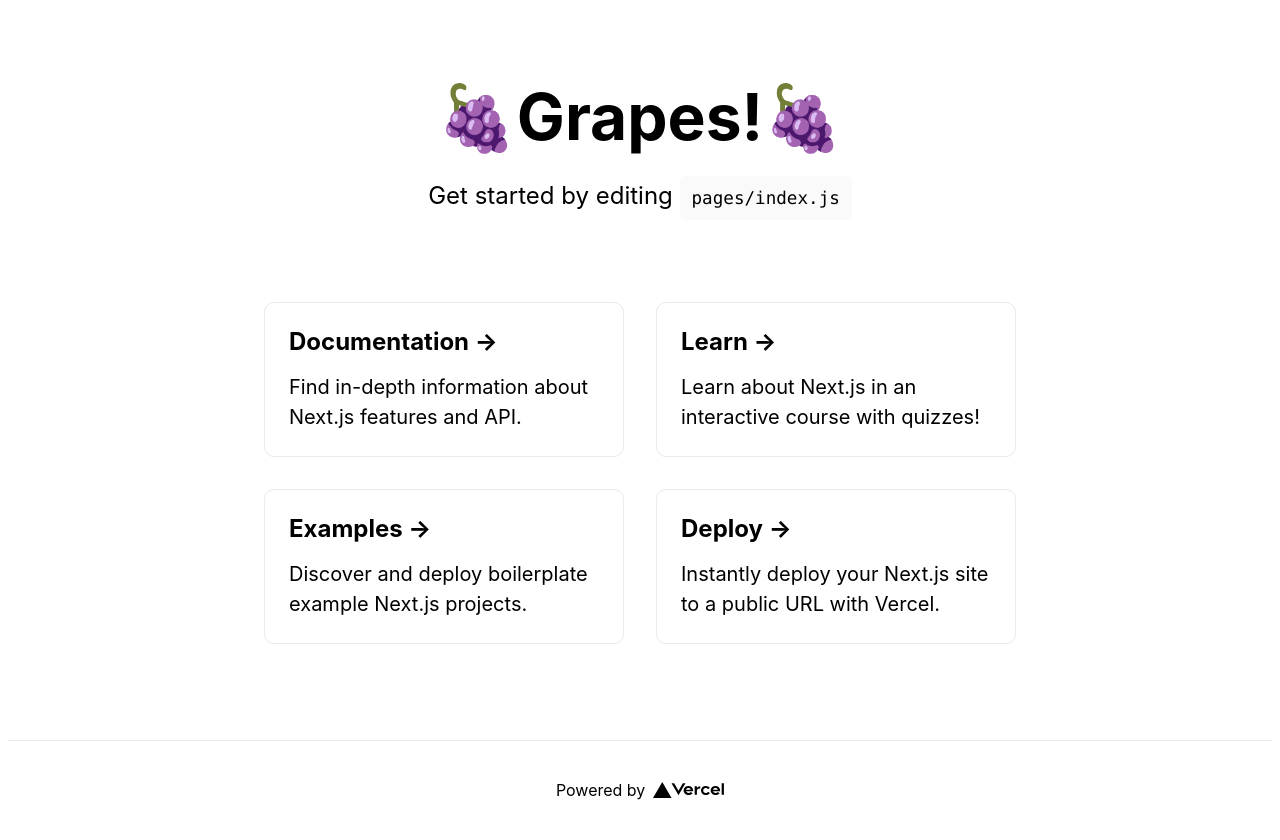
Repository: technogize/next-test-site
Page: /
The author's editor kept a copy of each file at every save. The page is drawn from the files as they stood at one save, then again after the next save.
The browser window is 1280 px wide. The pictures show the whole page.
The project was rebuilt for these pictures with package versions that can differ from the ones it lists, and the page was loaded fresh each time. The framework's server and built-in components were replaced by stand-ins that run in the browser.

Above is the page before, as saved 2021-10-02 08:43:04.

After the next save:
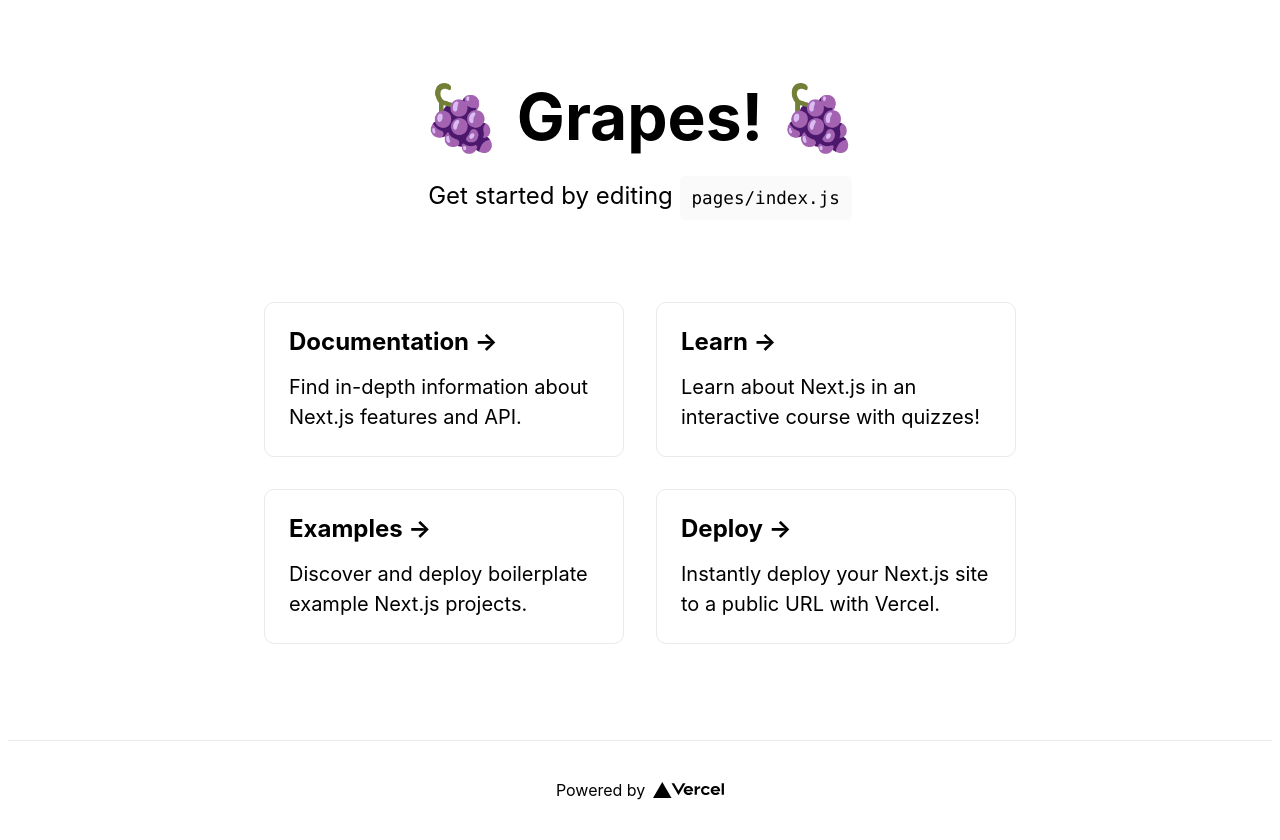
Saved 7 s later.
--- a/pages/index.js
+++ b/pages/index.js
@@ -11,7 +11,7 @@ export default function Home() {
 
       <main className={styles.main}>
         <h1 className={styles.title}>
-          🍇Grapes!🍇
+          🍇 Grapes! 🍇
         </h1>
 
         <p className={styles.description}>
